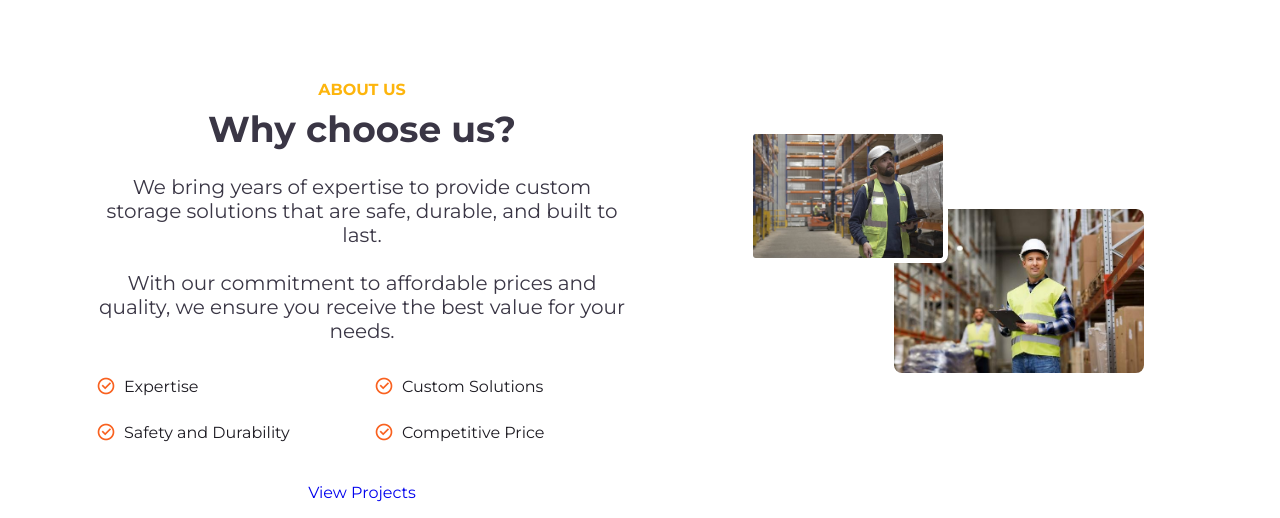
Repository: jahatesu/shelves-and-storage-equipment
Page: index.html
The author's editor kept a copy of each file at every save. The page is drawn from the files as they stood at one save, then again after the next save.
The browser window is 1280 px wide. The pictures show the part of the page from y = 720 to 1238 px (the page is 1238 px tall).
Backgrounds fixed to the window are drawn as part of the page. Some web fonts or font styles are not loaded; a fallback is used.

Above is the page before, as saved 2025-01-08 15:53:06.
Console error: TypeError: Cannot read properties of null (reading 'querySelector')

### index.html
<!DOCTYPE html>
<html lang="en">
<head>
    <meta charset="UTF-8">
    <meta name="viewport" content="width=device-width, initial-scale=1.0">
    <!-- Remix Icons -->
    <link rel="stylesheet" href="https://cdnjs.cloudflare.com/ajax/libs/remixicon/4.2.0/remixicon.css">
    <!-- Swiper CSS -->
    <link rel="stylesheet" href="assets\js\swiper-bundle.min.js" />
    <!-- CSS -->
    <link rel="stylesheet" href="style.css">
    <script src="https://cdnjs.cloudflare.com/ajax/libs/jquery/3.7.1/jquery.min.js"></script>
    <title>Shelves and Storage</title>
    <link rel="stylesheet" href="https://fonts.googleapis.com/css?family=Material+Symbols+Rounded&opsz,wght,FILL,GRAD@48,400,0,0" />
</head>

<body>

    <!-- Navigation Bar -->
    <header>
        <div class="logo">
            <img src="assets\images\logo.png" alt="Shelves and Storage Logo">
        </div>

        <div class="navigation">
            <input type="checkbox" id="nav-checkbox">
            <label for="nav-checkbox" class="nav-toggle">
                <i class="ri-menu-fill"></i>
            </label>

            <ul class="nav-menu">
                <li><a href="#">Home</a></li>
                <li><a href="#">About Us</a></li>
                <li><a href="#">Services</a></li>
                <li><a href="#">Products</a></li>
                <li><a href="#">Contact Us</a></li>
            </ul>
        </div>
    </header>

    <!-- Hero Section -->
    <div class="hero">
        <h1 class="animate__animated animate__fadeInDown">Shelves and Storage Equipment</h1>
        <h3 class="animate__animated animate__fadeInUp">Storage and Racking Expert</h3>
    </div>

    <!-- About Section -->
<section class="about section" id="about">
    <div class="about_container container grid">
        <div class="about_data">
            <span class="section_subtitle">ABOUT US</span>
            <h2 class="section_title">Why choose us?</h2>
            <p class="about_description">
                We bring years of expertise to provide custom storage solutions that are safe, durable, and built to last.
                <br><br>With our commitment to affordable prices and quality, we ensure you receive the best value for your needs.
            </p>
            <ul class="about_list grid">
                <li class="about_list-item">
                    <i class="ri-checkbox-circle-line"></i>
                    <span>Expertise</span>
                </li>
                <li class="about_list-item">
                    <i class="ri-checkbox-circle-line"></i>
                    <span>Custom Solutions</span>
                </li>
                <li class="about_list-item">
                    <i class="ri-checkbox-circle-line"></i>
                    <span>Safety and Durability</span>
                </li>
                <li class="about_list-item">
                    <i class="ri-checkbox-circle-line"></i>
                    <span>Competitive Price</span>
                </li>
            </ul>
            <a href="#projects" class="button">View Projects</a>
        </div>
        <div class="about_images">
            <img src="assets/images/about_img1.png" alt="image" class="about_img1">
            <img src="assets/images/about_img2.png" alt="image" class="about_img2">
        </div>
    </div>
</section>

    <!-- JavaScript -->
    <script src="main.js"></script>
</body>
</html>

### style.css
/* Import fonts */
@import url('https://fonts.googleapis.com/css2?family=Montserrat:wght@100..900&family=Open+Sans:ital,wght@0,300..800;1,300..800&display=swap');
@import url('https://cdnjs.cloudflare.com/ajax/libs/animate.css/4.1.1/animate.min.css');

/* root variable css */
:root{
    --header-height: 3.5rem;

    /* colors */
    /* hue, saturation, lightness */
    --first-color: hsl(18, 95%, 55%);
    --second-color: hsl(42, 98%, 52%);
    --first-gradient: linear-gradient(90deg,
                                    hsl(18, 95%, 55%),
                                    hsl(18, 98%, 64%));
    --title-color:hsl(255, 12%, 12%);
    --text-color: hsl(255, 12%, 24%);
    --text-color-light: hsl(255, 4%, 70%);
    --body-color: hsl(0, 0%, 100%);
    --container-color: hsl(0, 0%, 100%);
    --white-color: hsl(0, 0%, 100%);
    --black-color: hsl(255, 20%, 10%);
    --gray-border:hsl(255, 6%, 90%);
    --black-border: hsl(255, 10%, 20%);

    /* fonts and typography */
    /* .5 rem = 8px | 1rem = 16px */

    --body-font:"Montserrat", sans-serif;
    --big-font-size: 2.25rem;
    --h1-font-size: 1.5rem;
    --h2-font-size: 1.25rem;
    --h3-font-size: 1rem;
    --normal-font-size: .938rem;
    --small-font-size: .813rem;

    /* font weight */
    --font-regular: 400;
    --font-medium: 500;
    --font-semibold: 600;
    --font-bold: 700;

    /* z index */
    --z--tooltip: 10;
    --z-fixed: 100;
}

/* responsive typography */
@media screen and (min-width: 1150px) {
    :root{
        --big-font-size: 3.5rem;
        --h1-font-size: 2.25rem;
        --h2-font-size: 1.5rem;
        --h3-font-size: 1.25rem;
        --normal-font-size: 1rem; /* Fixed size for normal font */
        --small-font-size: .875rem; /* Increased small font size */
    }
}

/* Global styles */
* {
  margin: 0;
  padding: 0;
  box-sizing: border-box;
}

body {
    font-family: var(--body-font);
    font-size: var(--normal-font-size);
    background-color: var(--body-color);
    color: var(--text-color);
}

html{
    scroll-behavior: smooth;
}

body, ul, a{
    margin: 0;
    padding: 0;
    font-family: 'Montserrat', sans-serif;
}

/* h1, h2, h3, h4 {
    color: var(--title-color);
    font-weight: var(--font-semi-bold);
    margin: 10px 0;
    line-height: 1.2;
} */

/* Typography scaling for responsiveness */
h1 {
    font-size: 2.5rem; /* Scales with viewport width */
}
h2 {
    font-size: 2rem;
}
h3 {
    font-size: 1.75rem;
}
p {
    font-size: 1rem;
}

/* Media queries for responsiveness */
@media (min-width: 768px) {
    h1 {
        font-size: 3rem;
    }
    h2 {
        font-size: 2.5rem;
    }
    h3 {
        font-size: 2rem;
    }
    p {
        font-size: 1.125rem;
    }
}

@media (min-width: 1024px) {
    h1 {
        font-size: 3.5rem;
    }
    h2 {
        font-size: 3rem;
    }
    h3 {
        font-size: 2.5rem;
    }
    p {
        font-size: 1.25rem;
    }
}

/* General layout for larger screens */
@media (min-width: 1440px) {
    .container {
        padding: 30px;
    }
    h1 {
        font-size: 4rem;
    }
    h2 {
        font-size: 2rem;
    }
    h3 {
        font-size: 3rem;
    }
    p {
        font-size: 1rem;
    }

}

ul{
    list-style: none;
}

a{
    text-decoration: none;
}

img{
    display: block;
    max-width: 100%;
    height: auto;
    object-fit: contain;
}

body html{
    overflow-x: hidden;
    overflow-y: hidden;
}
/* Hide checkbox and toggle button initially */
#nav-checkbox,
.nav-toggle {
  display: none;
}

/* Hero section styles */
.hero {
  background: linear-gradient(rgba(0, 0, 0, 0.8), rgba(0, 0, 0, 0.6)),
    url("heroBG.jpg") no-repeat fixed bottom / cover;
  min-height: 100vh;
  display: flex;
  flex-direction: column;
  justify-content: center;
  align-items: center;
  text-align: center;
  /* width: 100%; */
}

.hero h1 {
  color: hsl(233, 39%, 23%);
  font-size: 60px;
  line-height: 1;
  text-shadow:
    0.5px 0.5px 0px #fff, /* Bottom-right shadow */
    -0.5px 0.5px 0px #fff, /* Bottom-left shadow */
    0.5px -0.5px 0px #fff, /* Top-right shadow */
    -0.5px -0.5px 0px #fff; /* Top-left shadow */
}

.hero h3 {
  color: #ffffff;
  /* position: static; */
  font-size: 26px;
  font-weight: normal;
  margin: 15px 0;
  line-height: 1;
  text-shadow:
    0.3px 0.3px 0px #fff, /* Bottom-right shadow */
    -0.3px 0.3px 0px #fff, /* Bottom-left shadow */
    0.3px -0.3px 0px #fff, /* Top-right shadow */
    -0.3px -0.3px 0px #fff; /* Top-left shadow */
}

/* Header styles */
header {
  position: fixed;
  top: 0;
  left: 0;
  width: 100%;
  display: flex;
  align-items: center;
  justify-content: space-around;
  padding: 20px 0;
  transition: background-color 0.5s ease;
  z-index: 1;
}

.logo h2 {
  color: #fff;
  text-transform: uppercase;
  font-weight: normal;
}

/* Navigation menu styles */
.nav-menu {
  display: flex;
  list-style: none;
}

.nav-menu li {
  display: inline-block;
}

.nav-menu li a {
  color: #fff;
  text-decoration: none;
  font-size: 1.2rem;
  padding: 0 15px;
}

.nav-menu li a:hover {
  color: hsl(18, 84%, 44%);
}

.active {
  background: hsl(18, 84%, 44%);
}

.active a:hover {
  color: #fff !important;
  text-decoration: underline;
}

.nav-toggle {
  display: none;
  font-size: 2rem;
  cursor: pointer;
  color: white;
}

/* Responsive menu styles */
@media (max-width: 768px) {
    .nav-menu {
        display: none;
        flex-direction: column;
        position: absolute;
        top: 60px;
        right: 20px;
        background-color: rgba(0, 0, 0, 0.9);
        border-radius: 8px;
        padding: 10px;
    }

    .nav-menu li {
        margin: 10px 0;
    }

    .nav-menu li a {
        font-size: 1.2rem;
    }

    .nav-toggle {
        display: block;
    }

    #nav-checkbox:checked ~ .nav-menu {
        display: flex;
    }

    header {
        justify-content: space-between;
        padding: 10px 20px;
    }
}

.logo img {
    max-width: 250px;
    height: auto;
    display: block;
    transition: all 0.3s ease;
}

/* Adjust logo size for smaller screens */
@media (max-width: 768px) {
    .logo img {
        max-width: 150px; /* Smaller logo for mobile */
        padding-top: 20px;
    }
}

/* About Section */
.container {
    max-width: 1120px;
    margin: 0 auto;
    padding: 0 1rem;
}

.grid {
    display: grid;
    gap: 1.5rem;
}

.section {
    padding-block: 5rem 1rem;
}

.section_title {
    text-align: center;
    font-size: var(--h1-font-size);
    font-weight: var(--font-bold);
    margin-bottom: 1.5rem;
}

.section_subtitle {
    display: block;
    text-align: center;
    font-size: var(--normal-font-size);
    font-weight: var(--font-bold);
    color: var(--second-color);
    margin-bottom: .5rem;
}

.about_container {
    row-gap: 8rem;
    display: grid;
    grid-template-columns: 1fr;
}

.about_data {
    text-align: center;
}

.about_description {
    margin-bottom: 2rem;
}

.about_list {
    display: grid;
    grid-template-columns: repeat(2, 1fr);
    justify-content: center;
    gap: 1.5rem;
    margin-bottom: 2.5rem;
}

.about_list-item {
    display: flex;
    align-items: center;
    gap: .5rem;
    color: var(--title-color);
}

.about_list-item i {
    font-size: 1.25rem;
    color: var(--first-color);
}

.about_images {
    display: flex;
    justify-content: center;
    gap: 1rem;
    position: relative;
}

.about_img1, .about_img2 {
    max-width: 100%;
    height: auto;
    border-radius: .5rem;
}

.about_img1 {
    width: 200px;
    border: 5px solid var(--body-color);
    position: absolute;
    top: -5rem;
    left: 6rem;
}

.about_img2 {
    width: 250px;
    margin-right: 2.5rem;
}

/* Responsive Design */
@media (min-width: 768px) {
    .about_container {
        grid-template-columns: 1fr 1fr;
        align-items: center;
    }

    .about_images {
        justify-content: flex-end;
    }
}

### main.js
$(document).ready(function() {
  $(window).bind('scroll', function(){
    var gap = 50;
    if ($(window).scrollTop() > gap) {
      $('header').addClass('active');
    } else {
      $('header').removeClass('active');
    }
  });
});

document.addEventListener('DOMContentLoaded', function () {
  const navToggle = document.querySelector('.nav-toggle');
  const navMenu = document.querySelector('.nav-menu');

  navToggle.addEventListener('click', function () {
      navMenu.classList.toggle('show-menu');
  });
});

const initSlider = () => {
  const imageList = document.querySelector(".slider-wrapper .image-list");
  const slideButtons = document.querySelectorAll(".slider-wrapper .slide-button");
  const sliderScrollbar = document.querySelector(".container .slider-scrollbar");
  const scrollbarThumb = sliderScrollbar.querySelector(".scrollbar-thumb");
  const maxScrollLeft = imageList.scrollWidth - imageList.clientWidth;

  // Slide images according to the slide button clicks
  slideButtons.forEach(button => {
      button.addEventListener("click", () => {
          const direction = button.id === "prev-slide" ? -1 : 1;
          const scrollAmount = imageList.clientWidth * direction;
          imageList.scrollBy({ left: scrollAmount, behavior: "smooth" });
      });
  });

  const handleSlideButtons = () =>{
      slideButtons[0].computedStyleMap.display = imageList.scrollLeft <= 0 ? "none" : "block";
      slideButtons[1].computedStyleMap.display = imageList.scrollLeft >= maxScrollLeft ? "none" : "block";
  }

  //update scroll bar position
  const updateScrollThumbPosition = () => {
      const scrollPosition = imageList.scrollLeft;
      const thumbPosition = (scrollPosition / maxScrollLeft) * (sliderScrollbar.clientWidth - scrollbarThumb .offsetWidth);
      scrollbarThumb.style.left = `${thumbPosition}px`;
  }

  imageList.addEventListener("scroll", () => {
      handleSlideButtons();
      updateScrollThumbPosition();
  });
};

window.addEventListener("load", initSlider);

Loaded but not shown: assets/js/swiper-bundle.min.js (library)

After the next save:
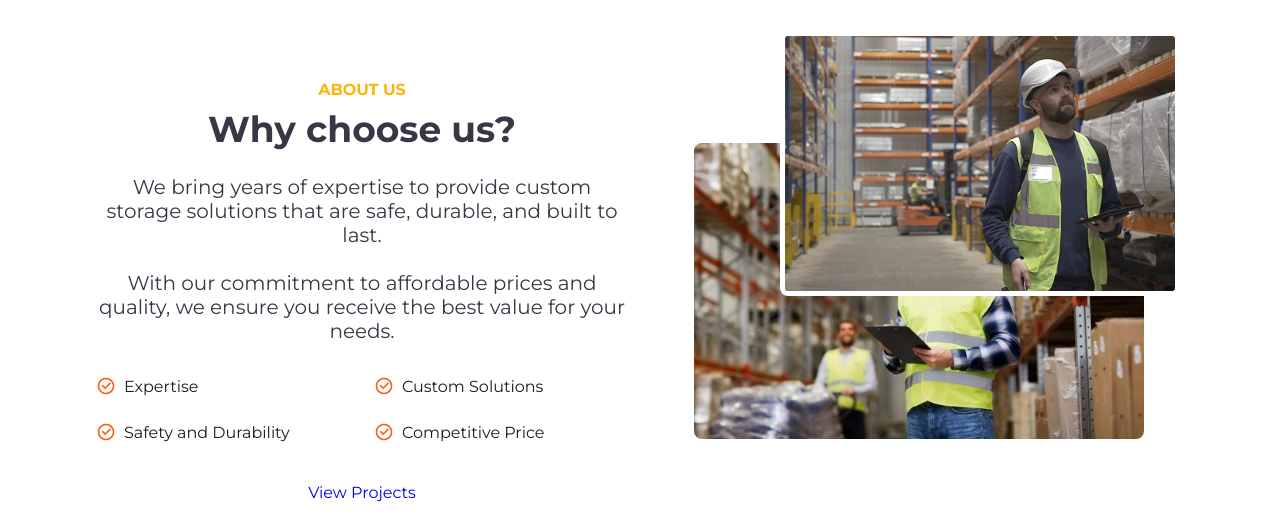
Saved 16 min 39 s later.
--- a/style.css
+++ b/style.css
@@ -403,7 +403,7 @@ header {
 }
 
 .about_img1 {
-    width: 200px;
+    width: 300px; /* Increased size */
     border: 5px solid var(--body-color);
     position: absolute;
     top: -5rem;
@@ -411,7 +411,7 @@ header {
 }
 
 .about_img2 {
-    width: 250px;
+    width: 350px; /* Increased size */
     margin-right: 2.5rem;
 }
 
@@ -425,4 +425,14 @@ header {
     .about_images {
         justify-content: flex-end;
     }
-}
+
+    .about_img1 {
+        width: 400px; /* Adjusted size for larger screens */
+        top: -7rem;
+        left: 8rem;
+    }
+
+    .about_img2 {
+        width: 450px; /* Adjusted size for larger screens */
+    }
+}
